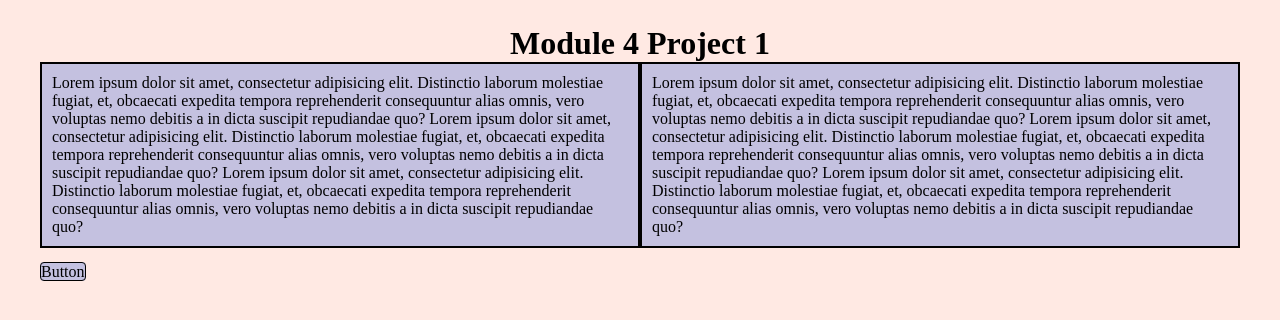
Repository: mlmEFSC21/P6-External-Style-Sheet
Page: index.html
The author's editor kept a copy of each file at every save. The page is drawn from the files as they stood at one save, then again after the next save.
The browser window is 1280 px wide. The pictures show the whole page.

Above is the page before, as saved 2022-02-13 17:00:05.

After the next save:
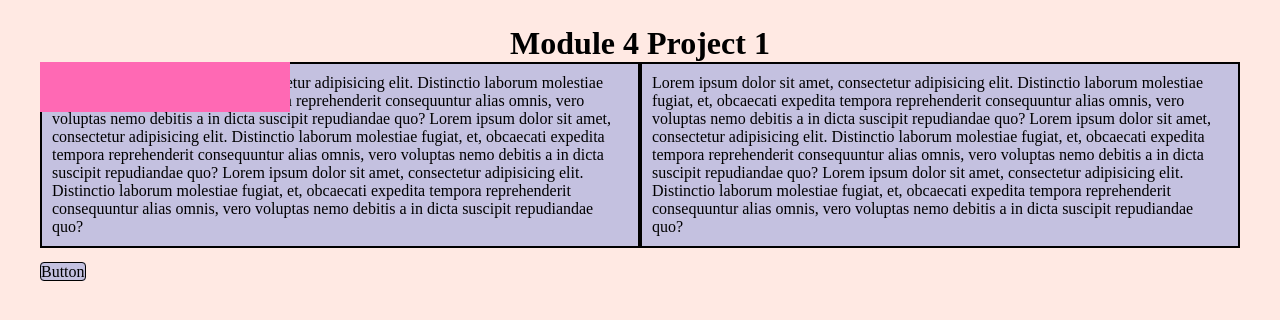
Saved 26 s later.
--- a/Styles.css
+++ b/Styles.css
@@ -40,7 +40,7 @@ p {
     clear: both;
 }
 div.button {
-    /* position: relative; */
+    position: relative;
     width: 250px;
     height: 50px;
     background-color: hotpink;
